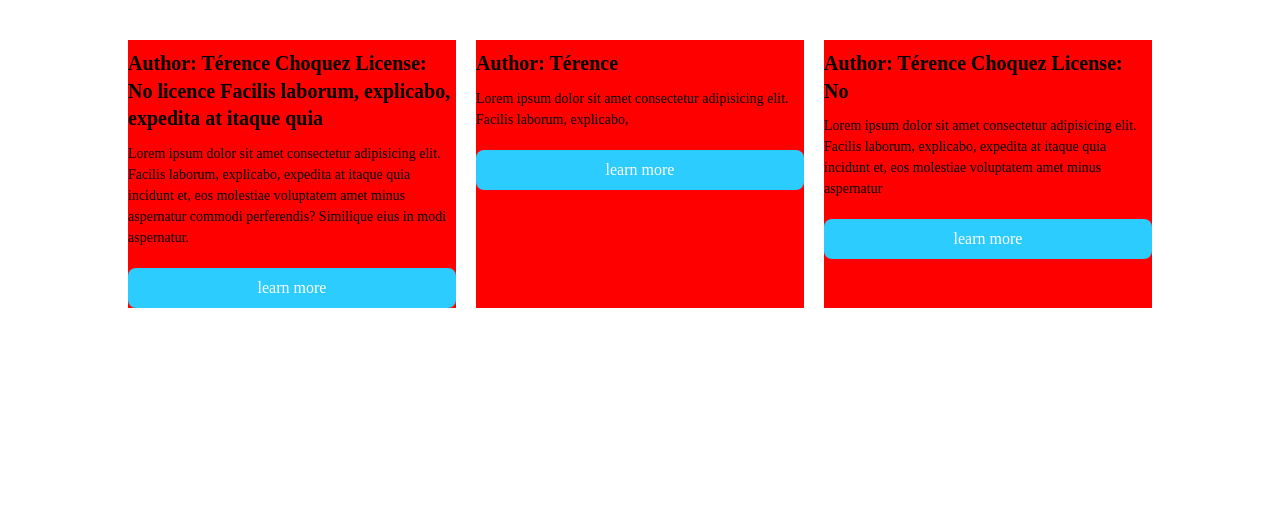
Repository: dinhhaidh/subgrid
Page: index.html
An editor plug-in stored every save of this project. The page is shown before and after the next save, followed by the edit.
The browser window is 1280 px wide. The pictures show the part of the page from y = 220 to 740 px (the page is 740 px tall).

Above is the page before, as saved 2024-01-08 15:49:28.

### index.html
<!DOCTYPE html>
<html lang="en">
<head>
    <meta charset="UTF-8">
    <meta name="viewport" content="width=device-width, initial-scale=1.0">
    <title>Document</title>
    <link rel="stylesheet" href="style.css">
</head>
<body>
    <div class="card-list">
        <div class="card">
            <div class="card-image">
                <img src="https://images.unsplash.com/photo-1506946526854-9aad1ec915cb?q=80&w=1887&auto=format&fit=crop&ixlib=rb-4.0.3&ixid=M3wxMjA3fDB8MHxwaG90by1wYWdlfHx8fGVufDB8fHx8fA%3D%3D" alt="">
            </div>
            <div class="card-content">
                <h3 class="card-title">Author: Térence Choquez License: No licence Facilis laborum, explicabo, expedita at itaque quia</h3>
                <p class="card-desc">Lorem ipsum dolor sit amet consectetur adipisicing elit. Facilis laborum, explicabo, expedita at itaque quia incidunt et, eos molestiae voluptatem amet minus aspernatur commodi perferendis? Similique eius in modi aspernatur.
                </p>
                <a href="#" class="card-more">learn more</a>
            </div>
        </div>
        <div class="card">
            <div class="card-image">
                <img src="https://images.unsplash.com/photo-1506946526854-9aad1ec915cb?q=80&w=1887&auto=format&fit=crop&ixlib=rb-4.0.3&ixid=M3wxMjA3fDB8MHxwaG90by1wYWdlfHx8fGVufDB8fHx8fA%3D%3D" alt="">
            </div>
            <div class="card-content">
                <h3 class="card-title">Author: Térence </h3>
                <p class="card-desc">Lorem ipsum dolor sit amet consectetur adipisicing elit. Facilis laborum, explicabo,</p>
                <a href="#" class="card-more">learn more</a>
            </div>
        </div>
        <div class="card">
            <div class="card-image">
                <img src="https://images.unsplash.com/photo-1506946526854-9aad1ec915cb?q=80&w=1887&auto=format&fit=crop&ixlib=rb-4.0.3&ixid=M3wxMjA3fDB8MHxwaG90by1wYWdlfHx8fGVufDB8fHx8fA%3D%3D" alt="">
            </div>
            <div class="card-content">
                <h3 class="card-title">Author: Térence Choquez License: No </h3>
                <p class="card-desc">Lorem ipsum dolor sit amet consectetur adipisicing elit. Facilis laborum, explicabo, expedita at itaque quia incidunt et, eos molestiae voluptatem amet minus aspernatur
                </p>
                <a href="#" class="card-more">learn more</a>
            </div>
        </div>
    </div>
</body>
</html>

### style.css
*,
*:before,
*:after {
  box-sizing: border-box;
}
* {
  margin: 0;
  padding: 0;
  font: inherit;
}
img,
picture,
svg,
video {
  display: block;
  max-width: 100%;
}
input,
select,
textarea {
  background-color: transparent;
  outline: none;
}
button {
  cursor: pointer;
  background-color: transparent;
  outline: none;
  border: 0;
}
body {
  min-height: 100vh;
  font-weight: 400;
  font-size: 16px;
  line-height: 1;
}
.card-list{
    display: grid;
    grid-template-columns: repeat(3, minmax(0, 1fr));
    gap: 20px;
    max-width: 1024px;
    margin: 20px auto;
}
.card-image{
    height: 200px;
    margin-bottom: 20px;
}
.card-image img {
    width: 100%;
    height: 100%;
    object-fit: cover;
}
.card-title{
    font-size: 20px;
    font-weight: 600;
    margin-bottom: 10px;
    margin-top: 10px;
    line-height: 1.375;
}
.card-desc{
    font-size: 14px;
    line-height: 1.5;
    margin-bottom: 20px;
}
.card-more{
    display: block;
    text-decoration: none;
    color: white;
    background-color: #2cccff;
    padding: 12px;
    border-radius: 8px;
    text-align: center;
}
/* .card{
    display: grid;
    grid-template-rows: subgrid;
    grid-row: span  4; */
    /* grid-row: span  4; nó tương ứng vs 4 phần tử */
    /* gap: 0;

} */

.card{
    display: grid;
    grid-template-rows: subgrid ;
    grid-row: span 4;
}
.card-content{
    background-color: red;

}

After the next save:
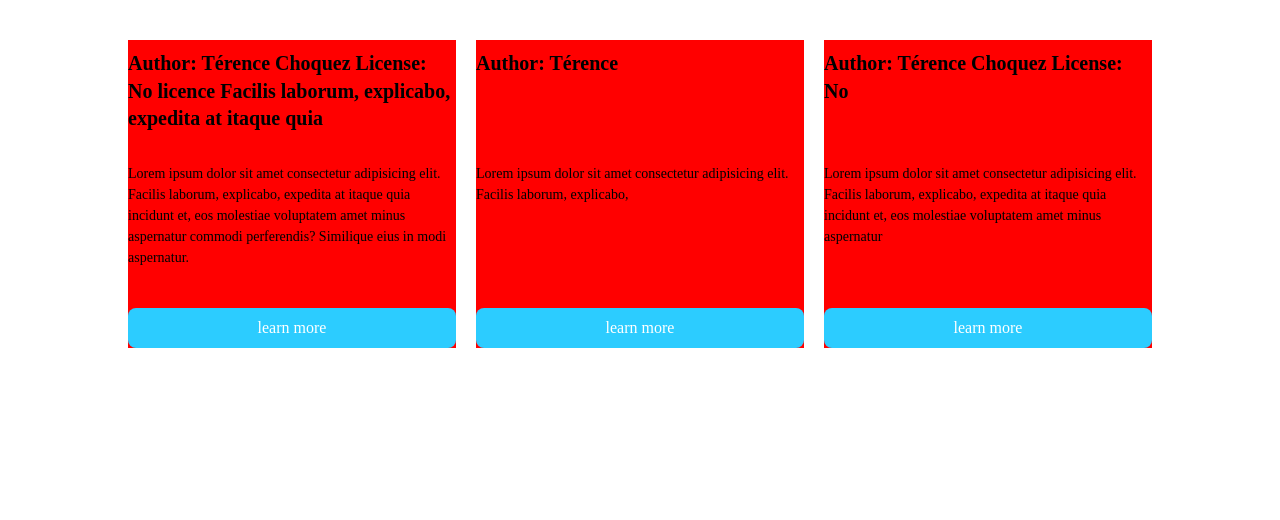
Saved 6 s later.
--- a/style.css
+++ b/style.css
@@ -86,5 +86,7 @@ body {
 }
 .card-content{
     background-color: red;
-
+    display: grid;
+    grid-template-rows: subgrid ;
+    grid-row: span 4;
 }
